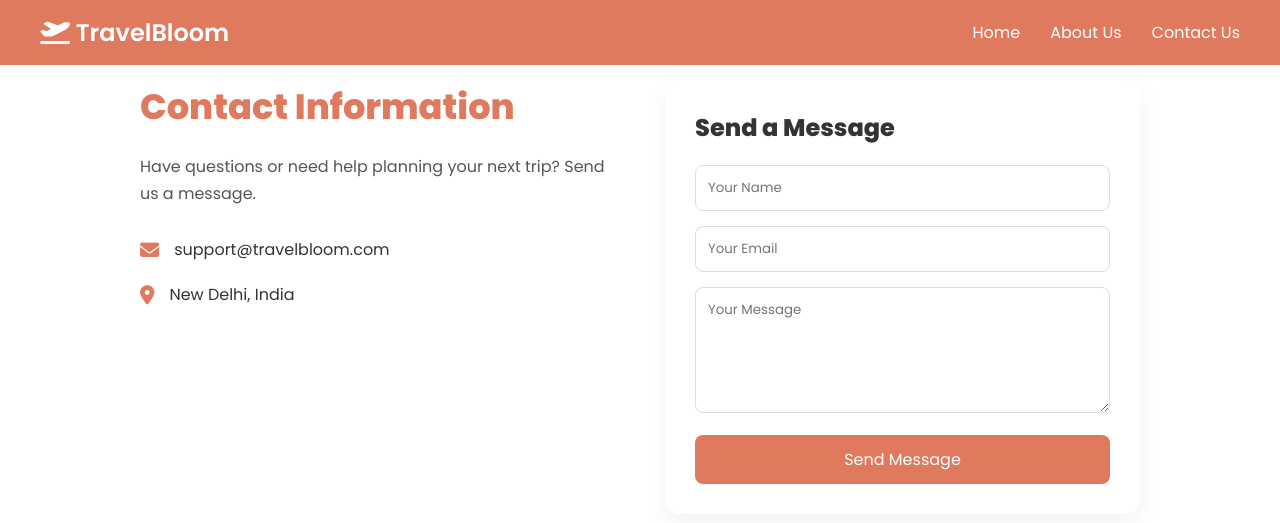
Repository: LatikaAdhikari064/TravelBloom_Project
Page: contact.html
An editor plug-in stored every save of this project. The page is shown before and after the next save, followed by the edit.
The browser window is 1280 px wide. The pictures show the whole page.

Above is the page before, as saved 2026-01-08 20:58:51.

### contact.html
<!DOCTYPE html>
<html lang="en">
<head>
    <meta charset="UTF-8">
    <meta name="viewport" content="width=device-width, initial-scale=1.0">
    <title>Contact Us - TravelBloom</title>

    <!-- Fonts & Icons -->
    <link href="https://fonts.googleapis.com/css2?family=Poppins:wght@300;400;600;800&display=swap" rel="stylesheet">
    <link rel="stylesheet" href="https://cdnjs.cloudflare.com/ajax/libs/font-awesome/6.4.0/css/all.min.css">

    <!-- CSS -->
    <link rel="stylesheet" href="contact.css">
</head>
<body>

    <nav class="navbar">
        <div class="logo">
            <i class="fas fa-plane-departure"></i> TravelBloom
        </div>
        <ul class="nav-links">
            <li><a href="/">Home</a></li>
            <li><a href="about.html">About Us</a></li>
            <li><a href="contact.html">Contact Us</a></li>
        </ul>
    </nav>
    <!-- CONTACT SECTION -->
    <section class="contact-section">
        <div class="contact-container">

            <!-- INFO -->
            <div class="contact-info">
                <h2>Contact Information</h2>
                <p>Have questions or need help planning your next trip? Send us a message.</p>

                <div class="info-item">
                    <i class="fas fa-envelope"></i>
                    <span>support@travelbloom.com</span>
                </div>

                <div class="info-item">
                    <i class="fas fa-map-marker-alt"></i>
                    <span>New Delhi, India</span>
                </div>
            </div>

            <!-- FORM -->
            <form class="contact-form">
                <h2>Send a Message</h2>

                <input type="text" placeholder="Your Name" required>
                <input type="email" placeholder="Your Email" required>
                <textarea placeholder="Your Message" rows="5" required></textarea>

                <button type="submit">Send Message</button>
            </form>

        </div>
    </section>

</body>
</html>

### contact.css
/* --- CONTACT PAGE STYLES --- */
* {
    margin: 0;
    padding: 0;
    box-sizing: border-box;
    font-family: 'Poppins', sans-serif;
}

/* --- Navigation Bar --- */
.navbar {
    position: fixed;
    top: 0;
    width: 100%;
    padding: 15px 40px;
    display: flex;
    justify-content: space-between;
    align-items: center;
    background:#E07A5F;
    backdrop-filter: blur(8px);
    z-index: 1000;
}

.logo {
    font-size: 1.5rem;
    font-weight: 600;
    color: white;
}

.nav-links {
    list-style: none;
    display: flex;
    gap: 30px;
}

.nav-links a {
    text-decoration: none;
    color: white;
    font-weight: 400;
    transition: color 0.3s;
}

.nav-links a:hover,
.nav-links a.active {
    color: #E07A5F;
}

.contact-hero h1 {
    font-size: 3rem;
    font-weight: 800;
}

.contact-hero p {
    font-size: 1.1rem;
    opacity: 0.9;
}

/* SECTION */
.contact-section {
    padding: 80px 20px;
    background:white;
}

.contact-container {
    max-width: 1000px;
    margin: auto;
    display: grid;
    grid-template-columns: 1fr 1fr;
    gap: 50px;
}

/* INFO */
.contact-info h2 {
    font-size: 2.2rem;
    margin-bottom: 20px;
    color: #E07A5F;
}

.contact-info p {
    color: #555;
    margin-bottom: 30px;
    line-height: 1.7;
}

.info-item {
    display: flex;
    align-items: center;
    gap: 15px;
    margin-bottom: 20px;
    color: #333;
}

.info-item i {
    color: #E07A5F;
    font-size: 1.2rem;
}

/* FORM */
.contact-form {
    background: white;
    padding: 30px;
    border-radius: 15px;
    box-shadow: 0 10px 25px rgba(0,0,0,0.05);
}

.contact-form h2 {
    margin-bottom: 20px;
    color: #333;
}

.contact-form input,
.contact-form textarea {
    width: 100%;
    padding: 12px;
    margin-bottom: 15px;
    border-radius: 8px;
    border: 1px solid #ddd;
    font-family: inherit;
}

.contact-form input:focus,
.contact-form textarea:focus {
    outline: none;
    border-color: #E07A5F;
}

.contact-form button {
    width: 100%;
    padding: 12px;
    background: #E07A5F;
    border: none;
    color: white;
    font-size: 1rem;
    border-radius: 8px;
    cursor: pointer;
    transition: background 0.3s;
}

.contact-form button:hover {
    background: #cf6a52;
}

/* RESPONSIVE */
@media (max-width: 768px) {
    .contact-container {
        grid-template-columns: 1fr;
    }

    .contact-hero h1 {
        font-size: 2.2rem;
    }
}

After the next save:
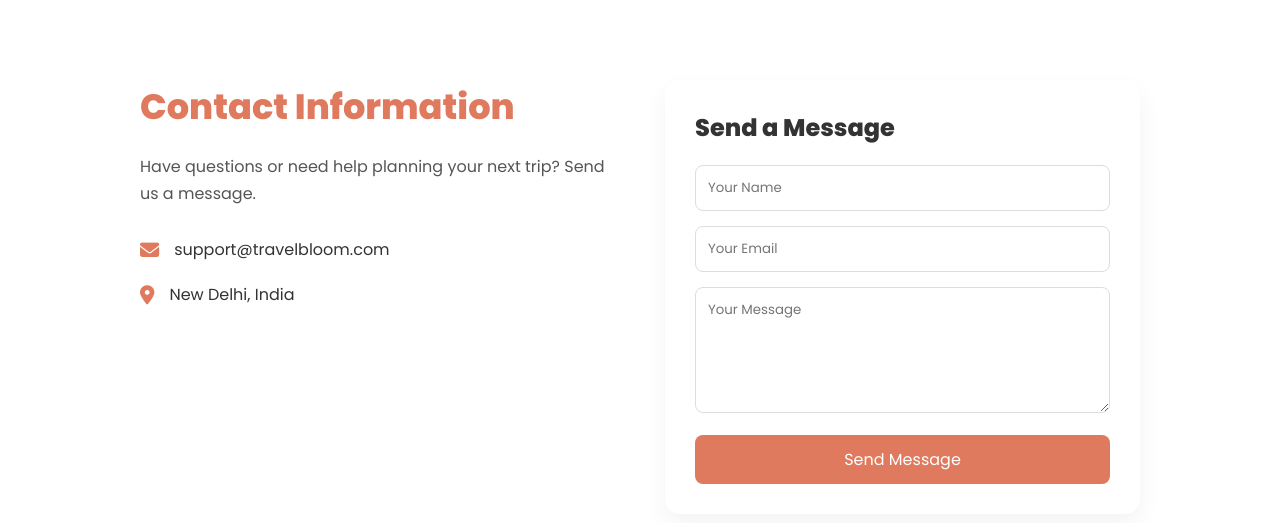
Saved 24 s later.
--- a/contact.css
+++ b/contact.css
@@ -15,7 +15,7 @@
     display: flex;
     justify-content: space-between;
     align-items: center;
-    background:#E07A5F;
+    background:#ffffff;
     backdrop-filter: blur(8px);
     z-index: 1000;
 }
